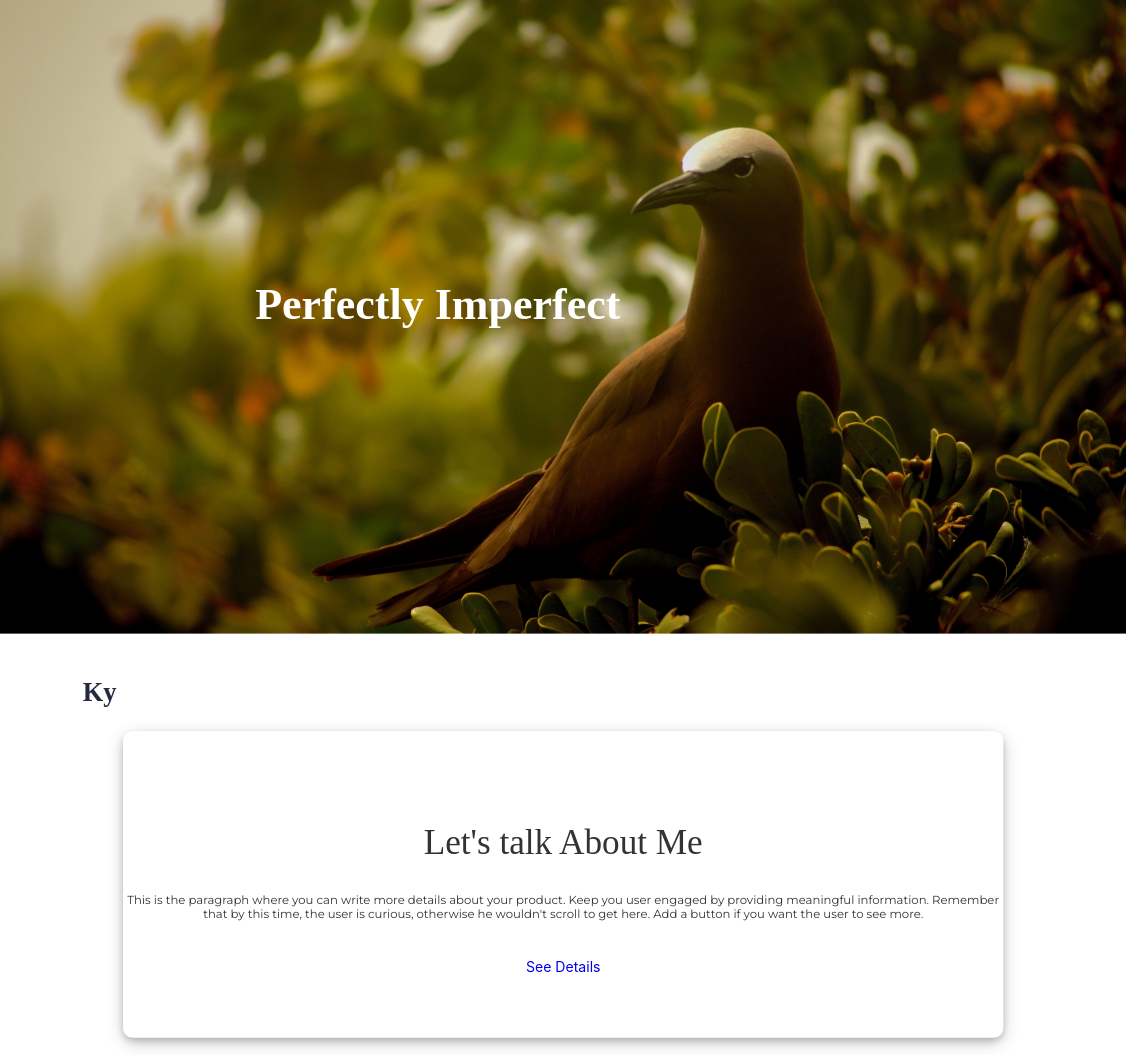
Repository: kkyler24/Perfectly-Imperfect
Page: / (app in imperfect/)
The author's editor kept a copy of each file at every save. The page is drawn from the files as they stood at one save, then again after the next save.
The browser window is 1280 px wide. The pictures show the whole page, at 88% of full size.
Backgrounds fixed to the window are drawn as part of the page. Some web fonts or font styles are not loaded; a fallback is used. The project was rebuilt for these pictures with package versions that can differ from the ones it lists, and the page was loaded fresh each time.

Above is the page before, as saved 2020-08-06 12:29:43.

After the next save:
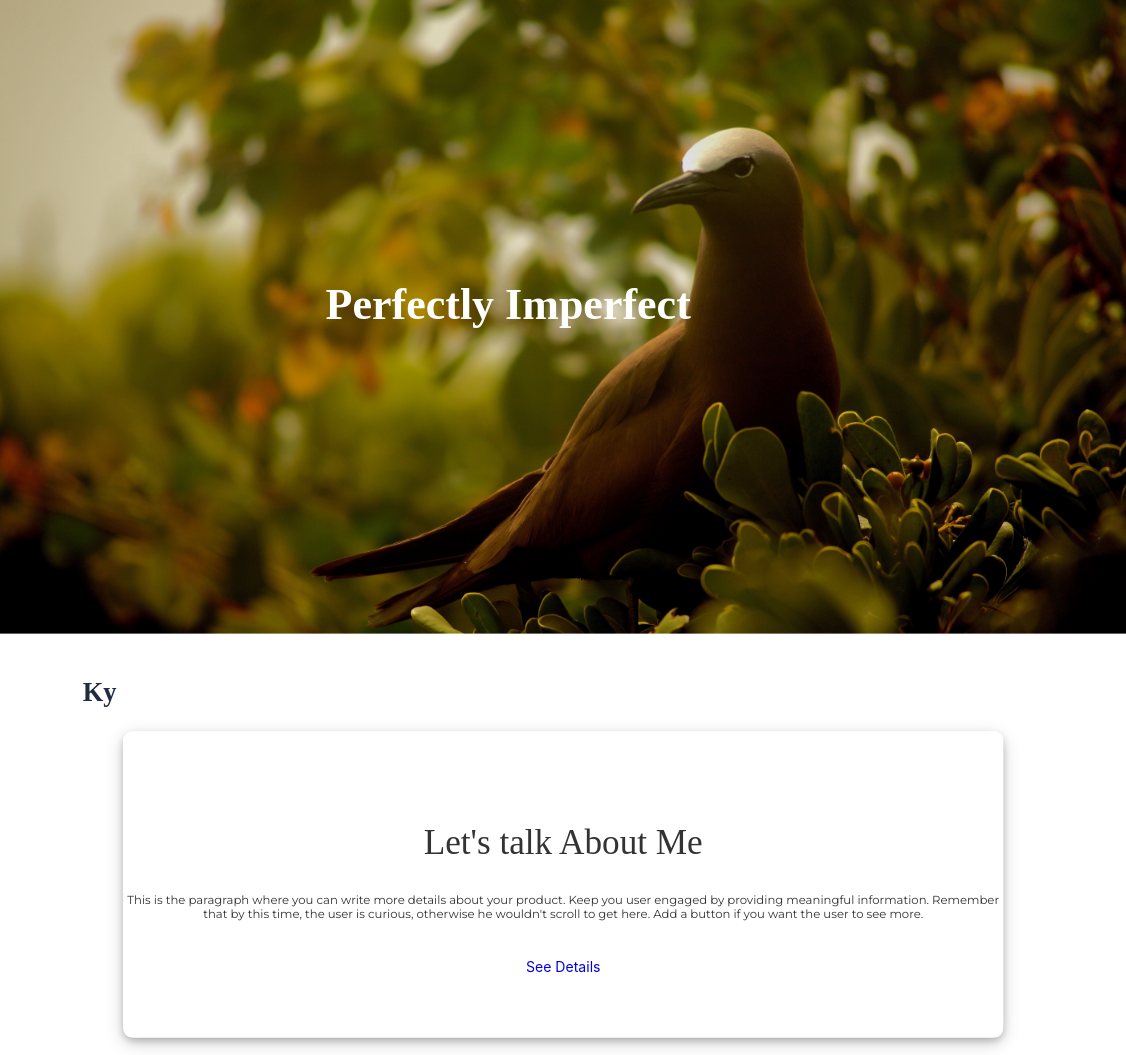
Saved 93 s later.
--- a/imperfect/src/Components/Headerindex/Indexheader.css
+++ b/imperfect/src/Components/Headerindex/Indexheader.css
@@ -49,7 +49,6 @@
   margin-right: auto;
   margin-left: auto;
   font-size: 50px;
-  max-width: 700px !important;
 }
 
 .text-center {
